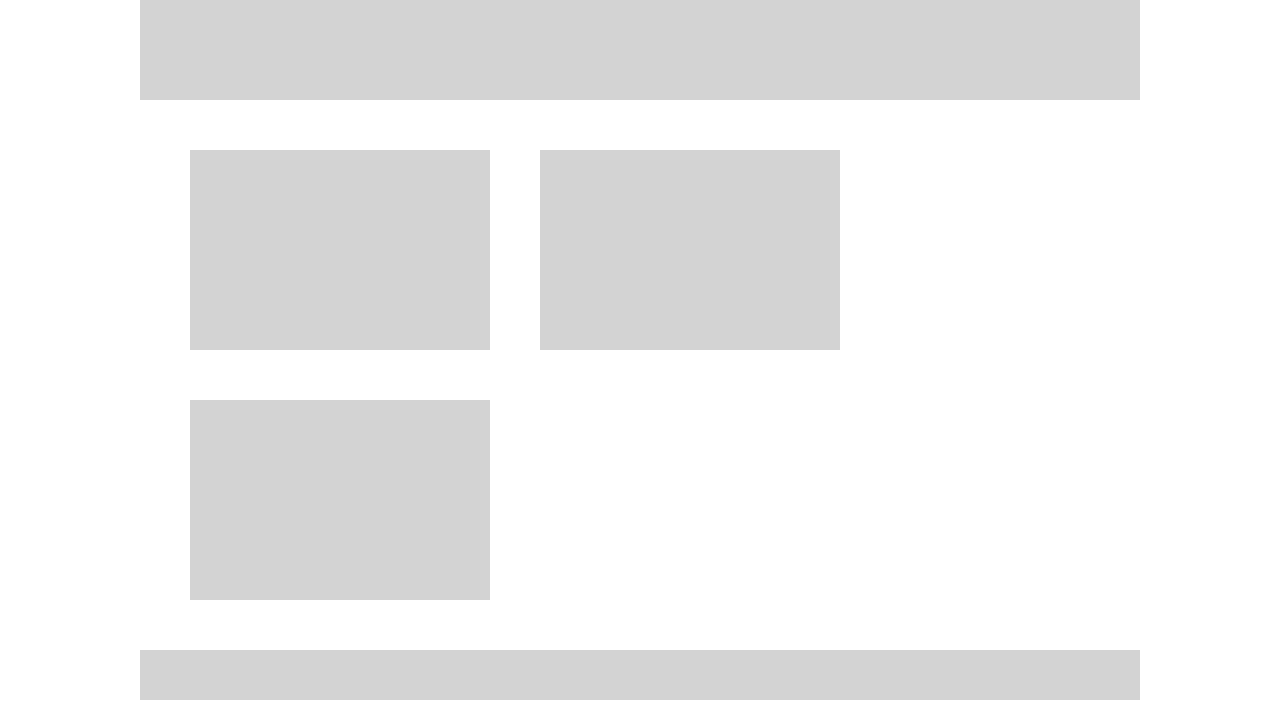
Repository: onopriienkoalina/onopriienkoalina.github.io
Page: dz9_containers/index.html
An editor plug-in stored every save of this project. The page is shown before and after the next save, followed by the edit.
The browser window is 1280 px wide. The pictures show the whole page.
The style sheet was rebuilt from its Sass, Less or Tailwind sources for each picture, by a compiler version that may differ from the author's.

Above is the page before, as saved 2021-12-01 18:49:42.

After the next save:
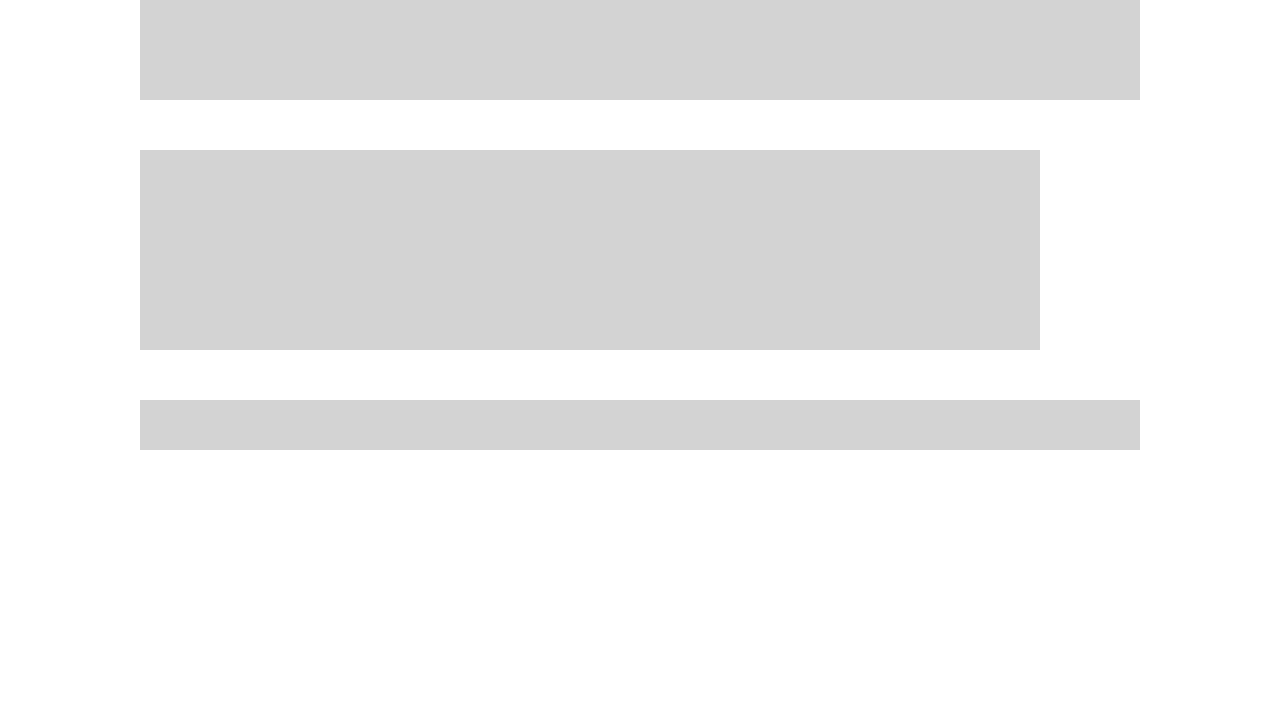
Saved 24 s later.
--- a/dz9_containers/style.scss
+++ b/dz9_containers/style.scss
@@ -6,7 +6,7 @@
  background-color: #D3D3D3;
  margin-bottom: 5%;
 }
-.section{
+.section3{
     float: left;
     width: 30%;
     height: 200px;
